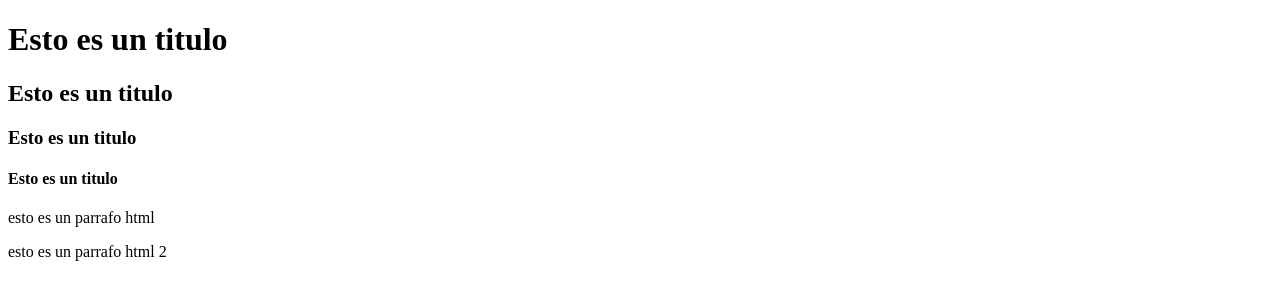
Repository: gazagal/workspace
Page: login-web-app/src/main/webapp/index.html
These files come from the project's save history. The page is drawn as it stood at one moment and after the next save; the edit follows.
The browser window is 1280 px wide. The pictures show the whole page.

Above is the page before, as saved 2016-06-20 16:38:10.

After the next save:
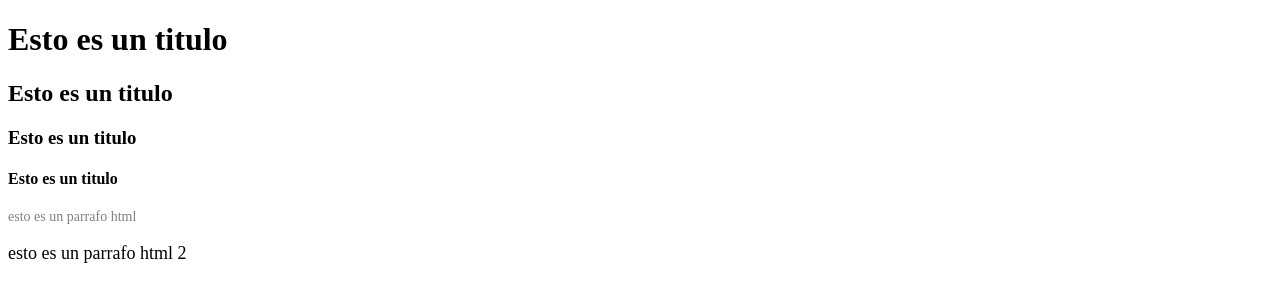
Saved 88 s later.
--- a/login-web-app/src/main/webapp/index.html
+++ b/login-web-app/src/main/webapp/index.html
@@ -15,8 +15,8 @@
 	<h3>Esto es un titulo</h3>
 	<h4>Esto es un titulo</h4>
 
-	<p>esto es un parrafo html</p>
-	<p>esto es un parrafo html 2</p>
+	<p class="intro">esto es un parrafo html</p>
+	<p class="contenido">esto es un parrafo html 2</p>
 
 </body>
 </html>
